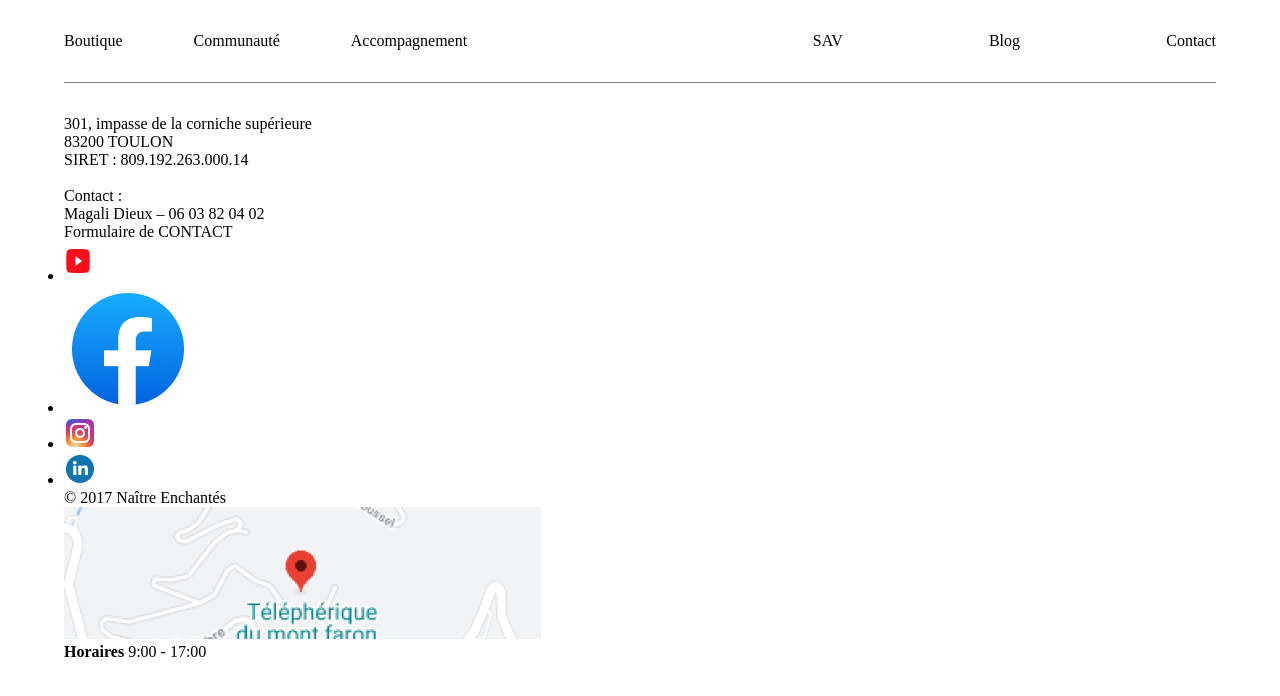
Repository: Khadija-Asa/naitre-enchantes
Page: footer.html
The author's editor kept a copy of each file at every save. The page is drawn from the files as they stood at one save, then again after the next save.
The browser window is 1280 px wide. The pictures show the whole page.

Above is the page before, as saved 2020-11-24 22:57:47.

### footer.html
<!DOCTYPE html>
<html lang="en">
<head>
    <meta charset="UTF-8">
    <meta name="viewport" content="width=device-width, initial-scale=1.0">
    <title>naître enchantés</title>
    <link rel="stylesheet" href="footer.css">
</head>
<body>
    <footer>
        <div class="footer_top">
            <ul class="top_left">
                <li>Boutique</li>
                <li>Communauté</li>
                <li>Accompagnement</li>
            </ul>
            <ul class="top_right">
                <li>SAV</li>
                <li>Blog</li>
                <li>Contact</li>
            </ul>
        </div>
        <div class="footer_bottom">
            <div class="bottom_left">
                <p>301, impasse de la corniche supérieure <br>
                    83200 TOULON <br>
                    SIRET : 809.192.263.000.14 <br><br>

                    Contact : <br>
                    Magali Dieux – 06 03 82 04 02 <br>
                    Formulaire de CONTACT</p>
            </div>
            <div class="bottom_middle">
                <ul>
                    <li><a href=""><img src="img/youtube.png" alt="icon" class="icon_footer"></a></li>
                    <li><a href=""><img src="img/Facebook.png" alt="icon" class="icon_footer"></a></li>
                    <li><a href=""><img src="img/instagram.png" alt="icon" class="icon_footer"></a></li>
                    <li><a href=""><img src="img/linkedin.png" alt="icon" class="icon_footer"></a></li>
                </ul>
                <p> © 2017 Naître Enchantés</p>
            </div>
            <div class="bottom_right">
                <img src="img/Rectangle 38.png" alt="google map">
                <p> <b> Horaires </b> 9:00 - 17:00</p>
            </div>
        </div>
    </footer>
</body>
</html>

### footer.css
* {
    margin: 0;
    padding: 0;
    font-family: ;
}
footer {
    margin: 2em 5% 0;
}
.footer_top {
    display: flex;
    justify-content: space-between;
    flex-wrap: wrap;
    align-items: center;
    margin: 2em auto;
    padding-bottom: 2em;
    border-bottom: solid 1px gray;
}

.top_left,
.top_right {
    display: flex;
    justify-content: space-between;
    flex-wrap: wrap;
    align-items: center;
    list-style: none;
    width: 35%;
}

.footer_bottom {

}

After the next save:
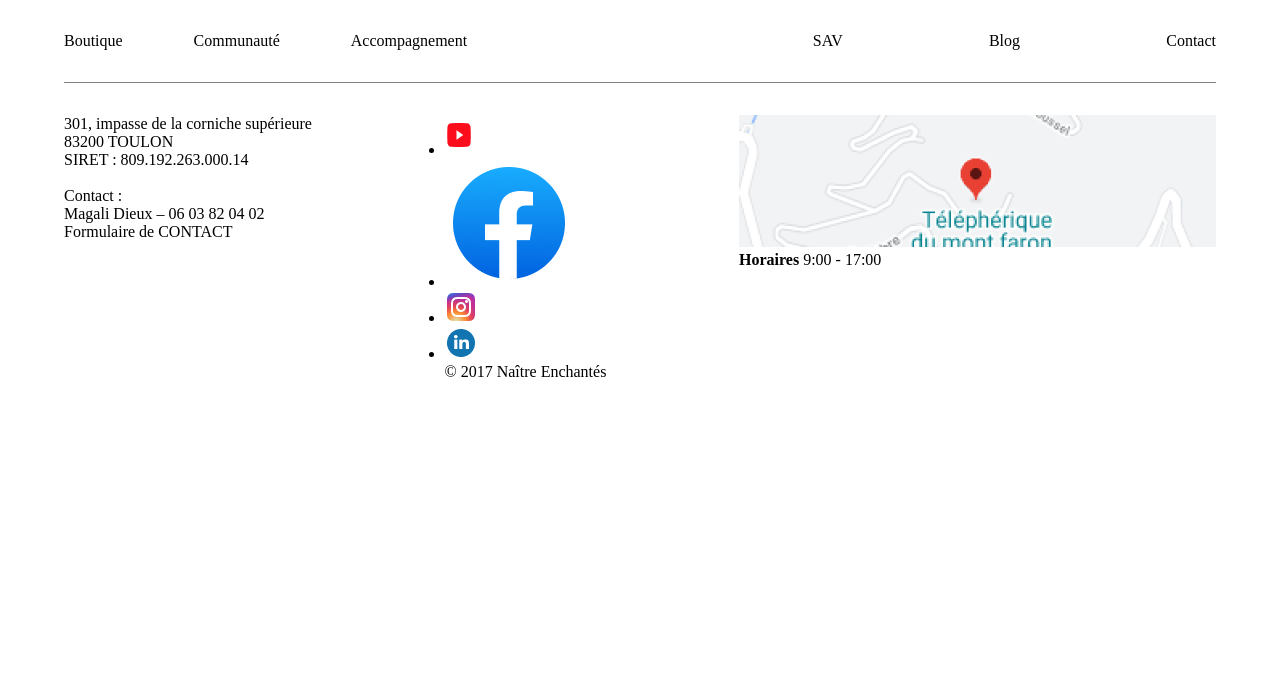
Saved 25 s later.
--- a/footer.css
+++ b/footer.css
@@ -27,5 +27,7 @@
 }
 
 .footer_bottom {
-
+    display: flex;
+    justify-content: space-between;
+    flex-wrap: wrap;
 }
